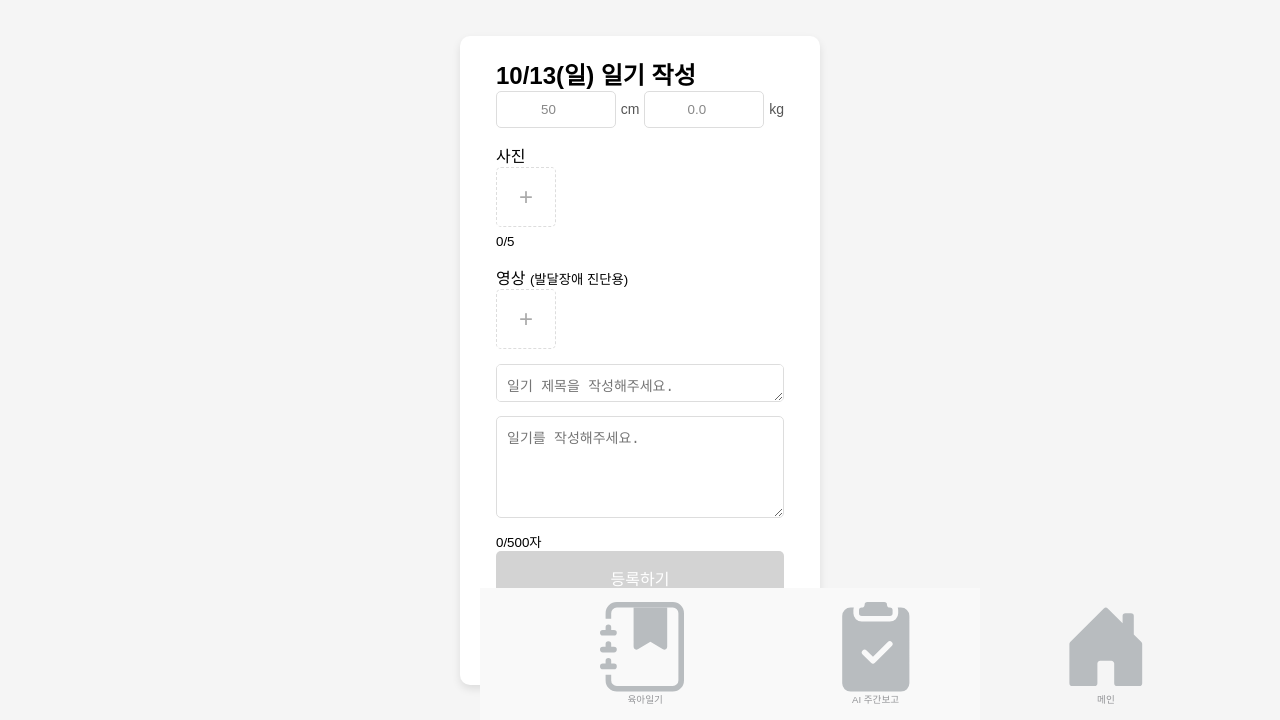
Repository: fromBirth/frombirth-frontend
Page: /babydiary/register
An editor plug-in stored every save of this project. The page is shown before and after the next save, followed by the edit.
The browser window is 1280 px wide. The pictures show the whole page.
Some web fonts or font styles are not loaded; a fallback is used. The project was rebuilt for these pictures with package versions that can differ from the ones it lists, and the page was loaded fresh each time. Also part of the build but not shown: vite.config.js.

Above is the page before, as saved 2024-10-30 13:04:53.

### index.html
<!doctype html>
<html lang="en">
  <head>
    <meta charset="UTF-8" />
    <link rel="icon" type="image/svg+xml" href="/fromBirthIcon" />
    <meta name="viewport" content="width=device-width, initial-scale=1.0" />
    <script src="https://t1.kakaocdn.net/kakao_js_sdk/2.7.2/kakao.min.js" integrity="sha384-TiCUE00h649CAMonG018J2ujOgDKW/kVWlChEuu4jK2vxfAAD0eZxzCKakxg55G4" crossorigin="anonymous"></script>
    <title>fromBirth</title>
  </head>
  <body>
    <div id="root"></div>
    <script type="module" src="/src/main.jsx"></script>
  </body>
</html>

### src/main.jsx
/* src/main.jsx */

// StrictMode와 createRoot 함수를 React에서 import
import { StrictMode } from 'react'
import { createRoot } from 'react-dom/client'
// 애플리케이션의 메인 컴포넌트인 App을 import
import App from './App.jsx'

// React 애플리케이션의 루트 DOM 요소에 App 컴포넌트를 렌더링
createRoot(document.getElementById('root')).render(
  <StrictMode>
    <App />
  </StrictMode>,
)

### src/App.jsx
/* src/App.jsx */

// 전체 애플리케이션에 라우팅 기능을 제공하는 BrowserRouter를 import
import { BrowserRouter as Router } from 'react-router-dom';
// 전역적으로 인증 상태를 관리하기 위해 AuthProvider를 import
import { AuthProvider } from './contexts/AuthContext';
// 애플리케이션의 전체 라우팅 구성을 위한 AppRouter를 import
import AppRouter from './routes/AppRouter'; // 라우팅 설정을 불러옴

// App 컴포넌트는 애플리케이션의 최상위 컴포넌트로, 인증과 라우팅을 관리
function App() {
    return (
        <AuthProvider>  {/* 인증 컨텍스트 제공 */}
            <Router>  {/* 라우팅 제공 */}
                <AppRouter /> {/* 전체 라우팅 설정 */}
            </Router>
        </AuthProvider>
    );
}

// App 컴포넌트를 기본으로 내보내기
export default App;

### src/contexts/AuthContext.jsx
/* src/contexts/AuthContext.jsx */

import { createContext, useState } from 'react';

// Context 생성
export const AuthContext = createContext();

// Context Provider 컴포넌트
export const AuthProvider = ({ children }) => {
    const [isAuthenticated, setIsAuthenticated] = useState(false);

    // 로그인/로그아웃 상태 변경 함수
    const toggleAuth = () => {
        setIsAuthenticated(!isAuthenticated);
    };

    return (
        <AuthContext.Provider value={{ isAuthenticated, toggleAuth }}>
            {children}
        </AuthContext.Provider>
    );
};

### src/routes/AppRouter.jsx
/* src/routes/AppRouter.jsx */

// React Router의 Routes와 Route 컴포넌트를 사용해 라우팅 구성
import { Routes, Route, Navigate } from 'react-router-dom';
// React에서 컴포넌트를 동적 로딩할 수 있도록 Suspense와 lazy를 사용
import { Suspense, lazy } from 'react';
// PATHS 객체를 import하여 경로를 상수로 관리
import { PATHS } from './paths';
// 전체 레이아웃 컴포넌트로, 로그인이 필요한 페이지의 공통 레이아웃으로 사용
import Layout from '../components/common/Layout.jsx';
// 스피너 컴포넌트 import
import Spinner from '../components/common/Spinner.jsx';
// 전역 스타일 파일을 import하여 스타일 적용
import '/src/assets/styles/common.css';

// React.lazy를 사용하여 동적 import로 각 페이지를 로딩하여 초기 로딩 속도 최적화
const Login = lazy(() => import('../components/login/Login.jsx'));
const Dashboard = lazy(() => import('../components/dashboard/Dashboard.jsx'));
const BabyDiary = lazy(() => import('../components/baby-diary/BabyDiary.jsx'));
const DiaryList = lazy(() => import('../components/baby-diary/DiaryList.jsx'));
const DiaryListPhoto = lazy(() => import('../components/baby-diary/DiaryListPhoto.jsx'));
const DiaryRegister = lazy(() => import('../components/baby-diary/DiaryRegister.jsx'));
const DiaryDetail = lazy(() => import('../components/baby-diary/DiaryDetail.jsx'));
const WeeklyReport = lazy(() => import('../components/weekly-report/WeeklyReport.jsx'));
const GrowthAnalysis = lazy(() => import('../components/growth-analysis/GrowthAnalysis.jsx'));
const MyPage = lazy(() => import('../components/my-page/MyPage.jsx'));
const ChildRegister = lazy(() => import('../components/my-page/ChildRegister.jsx'));

function AppRouter() {
    return (
        // Suspense로 동적 로딩 중 스피너 화면 표시
        <Suspense fallback={<Spinner />}>
            <Routes>
                {/* 로그인 페이지 */}
                <Route path={PATHS.LOGIN} element={<Login />} />

                {/* 기본 경로에서 메인 대시보드 화면으로 리다이렉트 */}
                <Route path="/" element={<Navigate to={PATHS.DASHBOARD} />} />

                {/* Layout 컴포넌트를 상위 요소로 하여 로그인이 필요한 페이지 구성 */}
                <Route element={<Layout />}>
                    {/* 메인 대시보드 페이지 */}
                    <Route path={PATHS.DASHBOARD} element={<Dashboard />} />

                    {/* BabyDiary 관련 페이지 */}
                    <Route path={PATHS.BABY_DIARY} element={<BabyDiary />} />
                    <Route path={PATHS.DIARY_LIST} element={<DiaryList />} />
                    <Route path={PATHS.DIARY_LIST_PHOTO} element={<DiaryListPhoto />} />
                    <Route path={PATHS.DIARY_REGISTER} element={<DiaryRegister />} />
                    <Route path={PATHS.DIARY_DETAIL} element={<DiaryDetail />} />

                    {/* WeeklyReport 페이지 */}
                    <Route path={PATHS.WEEKLY_REPORT} element={<WeeklyReport />} />

                    {/* GrowthAnalysis 페이지 */}
                    <Route path={PATHS.GROWTH_ANALYSIS} element={<GrowthAnalysis />} />

                    {/* MyPage 관련 페이지 */}
                    <Route path={PATHS.MY_PAGE} element={<MyPage />} />
                    <Route path={PATHS.CHILD_REGISTER} element={<ChildRegister />} />
                </Route>
            </Routes>
        </Suspense>
    );
}

export default AppRouter;

### src/routes/paths.js
/* src/routes/paths.js */

// PATHS 객체는 애플리케이션에서 사용하는 주요 라우트 경로를 상수로 관리
// 경로가 변경되더라도 이 파일만 수정하면 모든 라우트에 반영되어 유지보수가 용이해짐
export const PATHS = {

    // 로그인 페이지 경로
    LOGIN: "/login",

    // 메인 페이지 경로
    MAIN: "/main",

    // 육아 일기 섹션 경로들
    BABY_DIARY: "/babydiary",               // 육아 일기 메인 경로
    DIARY_LIST: "/babydiary/list",          // 일기 목록 페이지 경로
    DIARY_LIST_PHOTO: "/babydiary/listphoto", // 사진으로 보는 일기 목록 경로
    DIARY_REGISTER: "/babydiary/register",  // 일기 작성 페이지 경로
    DIARY_DETAIL: "/babydiary/detail",      // 일기 상세 페이지 경로

    // AI주간보고 페이지 경로
    WEEKLY_REPORT: "/weeklyreport",

    // 성장 분석 페이지 경로
    GROWTH_ANALYSIS: "/growthanalysis",

    // 내정보 섹션 경로들
    MY_PAGE: "/mypage",                     // 마이페이지 메인 경로
    CHILD_REGISTER: "/mypage/register",     // 아이 등록 페이지 경로
};

### src/components/common/Layout.jsx
/* src/components/Layout.jsx */

import { Link, Outlet, useLocation } from 'react-router-dom';
import { useState, useEffect } from 'react';
import '/src/assets/styles/layout.css';

function Layout() {

    const location = useLocation();
    const [activePath, setActivePath] = useState(location.pathname);

    // 라우터 변경 시 활성화 상태 업데이트
    useEffect(() => {
        setActivePath(location.pathname);
    }, [location]);

    return (
        <div className="layout">

            {/* 🔴 페이지 콘텐츠: 헤더와 실제 Outlet을 포함하는 영역 */}
            <div className="content">
                <Outlet /> {/* 자식 페이지들이 이곳에 렌더링됩니다. */}
            </div>

            {/* 🔴 푸터 */}
            <footer className="footer">
                <nav className={"footer-nav"}>
                    <Link to="/babydiary" >
                        <div className={`nav-item ${activePath === '/babydiary' ? 'btn-active' : ''}`}>
                            <svg xmlns="http://www.w3.org/2000/svg" style={{ fill: activePath === '/babydiary' ? 'var(--logo-color)' : 'var(--menu-symbol-color)' }}
                                className="bi bi-journal-bookmark-fill" viewBox="0 0 16 16">
                                <path fillRule="evenodd"
                                    d="M6 1h6v7a.5.5 0 0 1-.757.429L9 7.083 6.757 8.43A.5.5 0 0 1 6 8z" />
                                <path
                                    d="M3 0h10a2 2 0 0 1 2 2v12a2 2 0 0 1-2 2H3a2 2 0 0 1-2-2v-1h1v1a1 1 0 0 0 1 1h10a1 1 0 0 0 1-1V2a1 1 0 0 0-1-1H3a1 1 0 0 0-1 1v1H1V2a2 2 0 0 1 2-2" />
                                <path
                                    d="M1 5v-.5a.5.5 0 0 1 1 0V5h.5a.5.5 0 0 1 0 1h-2a.5.5 0 0 1 0-1zm0 3v-.5a.5.5 0 0 1 1 0V8h.5a.5.5 0 0 1 0 1h-2a.5.5 0 0 1 0-1zm0 3v-.5a.5.5 0 0 1 1 0v.5h.5a.5.5 0 0 1 0 1h-2a.5.5 0 0 1 0-1z" />
                            </svg>
                            <span>육아일기</span>
                        </div>
                    </Link>
                    <Link to="/weeklyreport" >
                        <div className={`nav-item ${activePath === '/weeklyreport' ? 'btn-active' : ''}`}>
                            <svg xmlns="http://www.w3.org/2000/svg" style={{ fill: activePath === '/weeklyreport' ? 'var(--logo-color)' : 'var(--menu-symbol-color)' }}
                                className="bi bi-clipboard2-check-fill" viewBox="0 0 16 16">
                                <path
                                    d="M10 .5a.5.5 0 0 0-.5-.5h-3a.5.5 0 0 0-.5.5.5.5 0 0 1-.5.5.5.5 0 0 0-.5.5V2a.5.5 0 0 0 .5.5h5A.5.5 0 0 0 11 2v-.5a.5.5 0 0 0-.5-.5.5.5 0 0 1-.5-.5" />
                                <path
                                    d="M4.085 1H3.5A1.5 1.5 0 0 0 2 2.5v12A1.5 1.5 0 0 0 3.5 16h9a1.5 1.5 0 0 0 1.5-1.5v-12A1.5 1.5 0 0 0 12.5 1h-.585q.084.236.085.5V2a1.5 1.5 0 0 1-1.5 1.5h-5A1.5 1.5 0 0 1 4 2v-.5q.001-.264.085-.5m6.769 6.854-3 3a.5.5 0 0 1-.708 0l-1.5-1.5a.5.5 0 1 1 .708-.708L7.5 9.793l2.646-2.647a.5.5 0 0 1 .708.708" />
                            </svg>
                            <span>AI 주간보고</span>
                        </div>

                    </Link>
                    <Link to="/dashboard" >
                        <div className={`nav-item ${activePath === '/dashboard' ? 'btn-active' : ''}`}>
                            <svg xmlns="http://www.w3.org/2000/svg" style={{ fill: activePath === '/dashboard' ? 'var(--logo-color)' : 'var(--menu-symbol-color)' }}
                                className="bi bi-house-door-fill" viewBox="0 0 16 16">
                                <path
                                    d="M6.5 14.5v-3.505c0-.245.25-.495.5-.495h2c.25 0 .5.25.5.5v3.5a.5.5 0 0 0 .5.5h4a.5.5 0 0 0 .5-.5v-7a.5.5 0 0 0-.146-.354L13 5.793V2.5a.5.5 0 0 0-.5-.5h-1a.5.5 0 0 0-.5.5v1.293L8.354 1.146a.5.5 0 0 0-.708 0l-6 6A.5.5 0 0 0 1.5 7.5v7a.5.5 0 0 0 .5.5h4a.5.5 0 0 0 .5-.5" />
                            </svg>
                            <span>메인</span>
                        </div>

                    </Link>
                    <Link to="/growthanalysis" >
                        <div className={`nav-item ${activePath === '/growthanalysis' ? 'btn-active' : ''}`}>
                            <svg xmlns="http://www.w3.org/2000/svg" style={{ fill: activePath === '/growthanalysis' ? 'var(--logo-color)' : 'var(--menu-symbol-color)' }}
                                className="bi bi-bar-chart-fill" viewBox="0 0 16 16">
                                <path
                                    d="M1 11a1 1 0 0 1 1-1h2a1 1 0 0 1 1 1v3a1 1 0 0 1-1 1H2a1 1 0 0 1-1-1zm5-4a1 1 0 0 1 1-1h2a1 1 0 0 1 1 1v7a1 1 0 0 1-1 1H7a1 1 0 0 1-1-1zm5-5a1 1 0 0 1 1-1h2a1 1 0 0 1 1 1v12a1 1 0 0 1-1 1h-2a1 1 0 0 1-1-1z" />
                            </svg>
                            <span>성장분석</span>
                        </div>

                    </Link>
                    <Link to="/mypage" >
                        <div className={`nav-item ${activePath === '/mypage' ? 'btn-active' : ''}`}>
                            <svg xmlns="http://www.w3.org/2000/svg" style={{ fill: activePath === '/mypage' ? 'var(--logo-color)' : 'var(--menu-symbol-color)' }}
                                className="bi bi-person-fill" viewBox="0 0 16 16">
                                <path d="M3 14s-1 0-1-1 1-4 6-4 6 3 6 4-1 1-1 1zm5-6a3 3 0 1 0 0-6 3 3 0 0 0 0 6" />
                            </svg>
                            <span>내정보</span>
                        </div>
                    </Link>
                </nav>
            </footer>
        </div>
    );
}

export default Layout;

### src/components/common/Spinner.jsx
/* src/components/Spinner.jsx */

const Spinner = () => {
    return (
        <div className="spinner-overlay">
            <div className="spinner"></div>
        </div>
    );
};

export default Spinner;

### src/assets/styles/common.css
/* src/assets/styles/common.css */

/* 🔴 폰트 설정 */
@font-face { font-family: 'Pretendard'; font-weight: 100; font-style: normal; src: url('https://cdn.jsdelivr.net/gh/webfontworld/pretendard/Pretendard-Thin.woff') format('woff'); font-display: swap; }
@font-face { font-family: 'Pretendard'; font-weight: 200; font-style: normal; src: url('https://cdn.jsdelivr.net/gh/webfontworld/pretendard/Pretendard-ExtraLight.woff') format('woff'); font-display: swap; }
@font-face { font-family: 'Pretendard'; font-weight: 300; font-style: normal; src: url('https://cdn.jsdelivr.net/gh/webfontworld/pretendard/Pretendard-Light.woff') format('woff'); font-display: swap; }
@font-face { font-family: 'Pretendard'; font-weight: 400; font-style: normal; src: url('https://cdn.jsdelivr.net/gh/webfontworld/pretendard/Pretendard-Regular.woff') format('woff'); font-display: swap; }
@font-face { font-family: 'Pretendard'; font-weight: 500; font-style: normal; src: url('https://cdn.jsdelivr.net/gh/webfontworld/pretendard/Pretendard-Medium.woff') format('woff'); font-display: swap; }
@font-face { font-family: 'Pretendard'; font-weight: 600; font-style: normal; src: url('https://cdn.jsdelivr.net/gh/webfontworld/pretendard/Pretendard-SemiBold.woff') format('woff'); font-display: swap; }
@font-face { font-family: 'Pretendard'; font-weight: 700; font-style: normal; src: url('https://cdn.jsdelivr.net/gh/webfontworld/pretendard/Pretendard-Bold.woff') format('woff'); font-display: swap; }
@font-face { font-family: 'Pretendard'; font-weight: 800; font-style: normal; src: url('https://cdn.jsdelivr.net/gh/webfontworld/pretendard/Pretendard-ExtraBold.woff') format('woff'); font-display: swap; }
@font-face { font-family: 'Pretendard'; font-weight: 900; font-style: normal; src: url('https://cdn.jsdelivr.net/gh/webfontworld/pretendard/Pretendard-Black.woff') format('woff'); font-display: swap; }
/* HakgyoansimDunggeunmisoTTF 폰트 설정 (로컬 파일) */
@font-face { font-family: 'HakgyoansimDunggeunmisoTTF-B'; src: url('/src/assets/fonts/Hakgyoansim-Dunggeunmiso-TTF-B.ttf') format('truetype'); font-weight: normal; font-style: normal; }
@font-face { font-family: 'HakgyoansimDunggeunmisoTTF-R'; src: url('/src/assets/fonts/Hakgyoansim-Dunggeunmiso-TTF-R.ttf') format('truetype'); font-weight: normal; font-style: normal; }

/* 🔴 css 초기화 설정 */
html, body { font-family: "Pretendard", sans-serif; height: 100%; margin: 0; padding: 0; }
body { display: flex; justify-content: center; align-items: center; min-height: 100vh; margin: 0; background-color: #f5f5f5; }
* { margin: 0; padding: 0; box-sizing: border-box; }
a { text-decoration: none; color: black; }
ul, li, ol, dl, dd { list-style: none; margin: 0; }
img { max-width: 100%; height: auto; border: 0; }
table { border-collapse: collapse; border-spacing: 0; }
td, th { padding: 0; }
input[type="checkbox"] { cursor: pointer; }
button { appearance: none; border: 0; background: transparent; font: inherit; outline: none; cursor: pointer; }
button:disabled { cursor: default; }
label { margin: 0; font-weight: normal; }
p { margin: 0; }
input::placeholder { color: #888; }

/* 🔴 색상 등 전역 변수 설정 */
:root { --logo-color: #FF893C; --button-disabled-color: #E6E9F0; --menu-symbol-color: #B8BCBF; --menu-text-color: #949598; --background-color: #F4F7FC; }

/* 🔴 로딩 스피너 */
.spinner-overlay { position: fixed; top: 0; left: 0; width: 100vw; height: 100vh; display: flex; justify-content: center; align-items: center; background: rgba(255, 255, 255, 0.8); z-index: 1000; }
.spinner { width: 40px; height: 40px; border: 5px solid rgba(0, 0, 0, 0.1); border-top-color: #3498db; border-radius: 50%; animation: spin 1s linear infinite; }
@keyframes spin { to { transform: rotate(360deg); }
 }

### src/components/baby-diary/DiaryRegister.jsx
import './DiaryRegister.css';

const DiaryRegister = () => {
    return (
        <div className="container">
            <h2>10/13(일) 일기 작성</h2>

            <div className="input-row">
                <input type="number" placeholder="50" min="0" max="200" aria-label="키 입력" />
                <span>cm</span>
                <input type="number" placeholder="0.0" min="0" max="200" aria-label="몸무게 입력" />
                <span>kg</span>
            </div>

            <div className="upload-section">
                <label>사진</label>
                <div className="upload-box" aria-label="사진 업로드">+</div>
                <small>0/5</small>
            </div>

            <div className="upload-section">
                <label>영상 <small>(발달장애 진단용)</small></label>
                <div className="upload-box" aria-label="영상 업로드">+</div>
            </div>

            <textarea className="textarea" rows="1" placeholder="일기 제목을 작성해주세요." aria-label="일기 제목 입력"></textarea>
            <textarea className="textarea" rows="5" placeholder="일기를 작성해주세요." maxLength="500" aria-label="일기 내용 입력"></textarea>
            <small>0/500자</small>

            <button className="submit-btn" aria-label="일기 등록">등록하기</button>
        </div>
    );
};

export default DiaryRegister;

### src/assets/styles/layout.css
/* src/assets/styles/layout.css */

/* 레이아웃 */
.layout { background-color: white; width: 90%; max-width: 400px; padding: 20px; border-radius: 10px; box-shadow: 0 4px 8px rgba(0, 0, 0, 0.1); margin: 0 auto; }

/* 헤더 스타일 */
.layout .header { display: flex; align-items: center; gap: 10px; margin-bottom: 20px; }
.layout .header .profile-image { width: 40px; height: 40px; border-radius: 50%; background-color: #f0e68c; }
.layout .header .header-title { font-size: 18px; }
.layout .header .header-dropdown { font-size: 14px; color: gray; }

/* 콘텐츠 영역 */
.layout .content { flex-grow: 1; width: 100%; max-width: 500px; margin: 0 auto; padding: 0 16px; overflow-y: auto; padding-bottom: 60px;}

/* footer */
.layout .footer { background-color: #F9F9F9; text-align: center; display: flex; justify-content: center; width: 100%; max-width: 500px; margin: 0 auto; position: fixed; bottom: 0;  }
.layout .footer .footer-nav { display: flex; justify-content: space-around; width: 100%; max-width: 400px; }
.layout .footer .footer-nav .nav-item { display: flex; flex-direction: column; justify-content: center; color: #949598; font-size: 0.6em; min-width: 12vw; margin: 1vh 3vw; padding: 1vh 1vw; }
.layout .footer .footer-nav .nav-item.btn-active { background-color: #FE8A3C1F; color: #FF893C; border-radius:9px; }
.layout .footer .footer-nav .nav-item svg { margin: auto; width: 7vw; }

### src/components/baby-diary/DiaryRegister.css
.input-row { display: flex; align-items: center; gap: 5px; margin-bottom: 15px; }
.input-row input[type="number"] { width: 100%; padding: 10px; border: 1px solid #ddd; border-radius: 5px; text-align: center; }
.input-row span { font-size: 14px; color: #555; }
.upload-section { margin-bottom: 15px; }
.upload-box { width: 60px; height: 60px; border: 1px dashed #ddd; border-radius: 5px; display: flex; align-items: center; justify-content: center; color: #aaa; font-size: 24px; margin-bottom: 5px; }
.textarea { width: 100%; padding: 10px; border: 1px solid #ddd; border-radius: 5px; margin-bottom: 10px; font-size: 14px; color: #555; }
.submit-btn { width: 100%; padding: 15px; background-color: #d3d3d3; border: none; border-radius: 5px; font-size: 16px; color: white; cursor: pointer; }

After the next save:
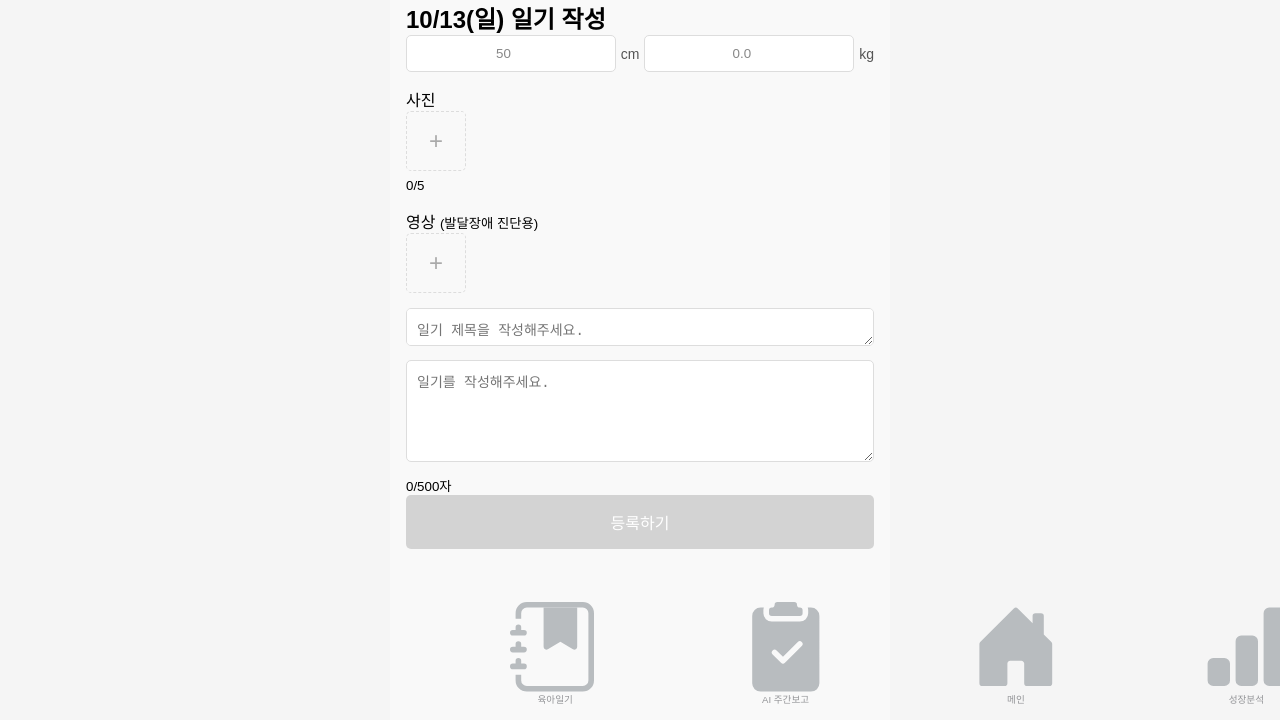
Saved 31 s later.
--- a/src/assets/styles/layout.css
+++ b/src/assets/styles/layout.css
@@ -1,7 +1,7 @@
 /* src/assets/styles/layout.css */
 
 /* 레이아웃 */
-.layout { background-color: white; width: 90%; max-width: 400px; padding: 20px; border-radius: 10px; box-shadow: 0 4px 8px rgba(0, 0, 0, 0.1); margin: 0 auto; }
+.layout { display: flex; flex-direction: column; align-items: center; max-width: 600px; width: 100%; height: 100vh; margin: 0 auto; background-color: #f9f9f9; }
 
 /* 헤더 스타일 */
 .layout .header { display: flex; align-items: center; gap: 10px; margin-bottom: 20px; }
